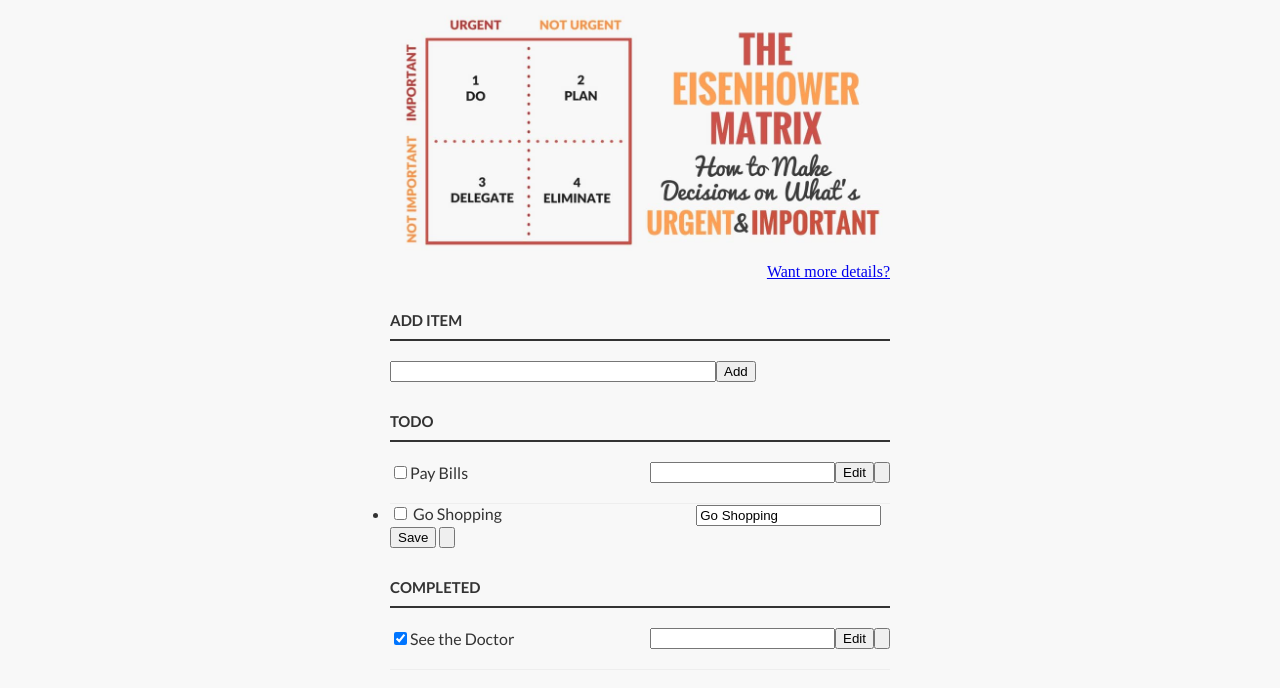
Repository: dev1siWoo/clean-code-s1e1
Page: index.html
An editor plug-in stored every save of this project. The page is shown before and after the next save, followed by the edit.
The browser window is 1280 px wide. The pictures show the whole page.

Above is the page before, as saved 2024-01-08 23:31:35.
Console error: TypeError: Cannot set properties of null (setting 'onchange')

After the next save:
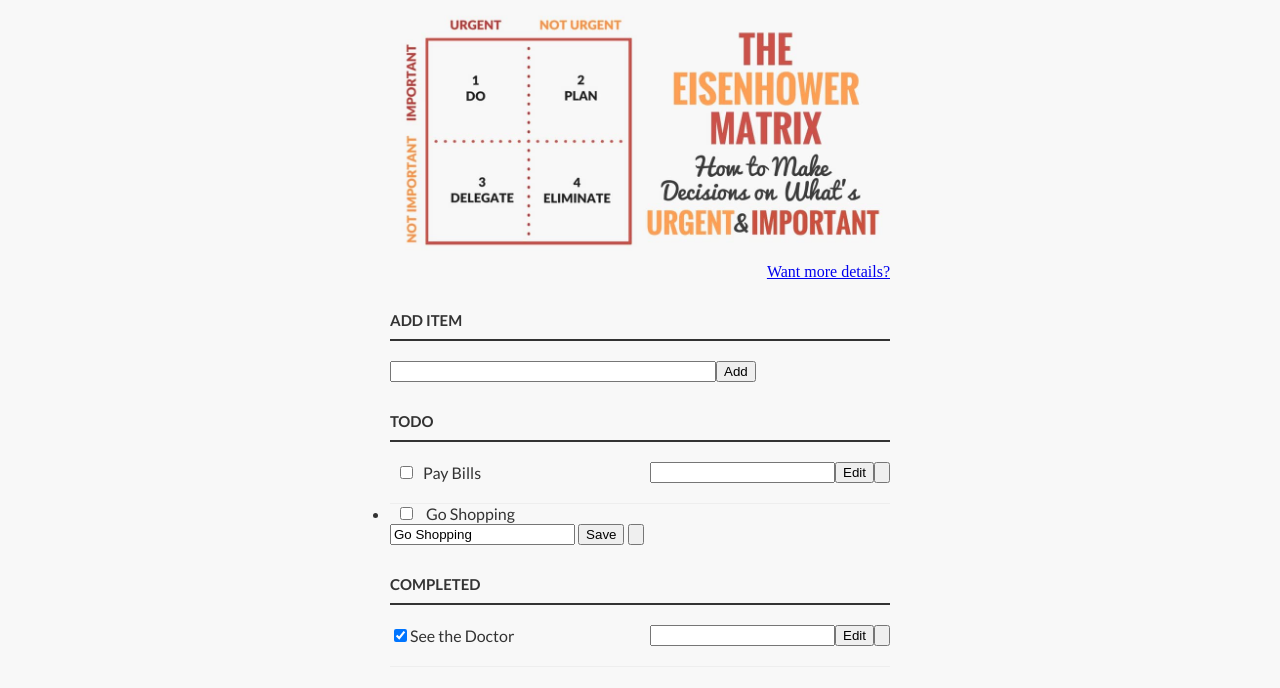
Saved 15 s later.
--- a/style.css
+++ b/style.css
@@ -125,7 +125,7 @@
   vertical-align: middle;
 }
 
-.task > .input[type="checkbox"] {
+.mark {
   margin: 0 10px;
 }
 
